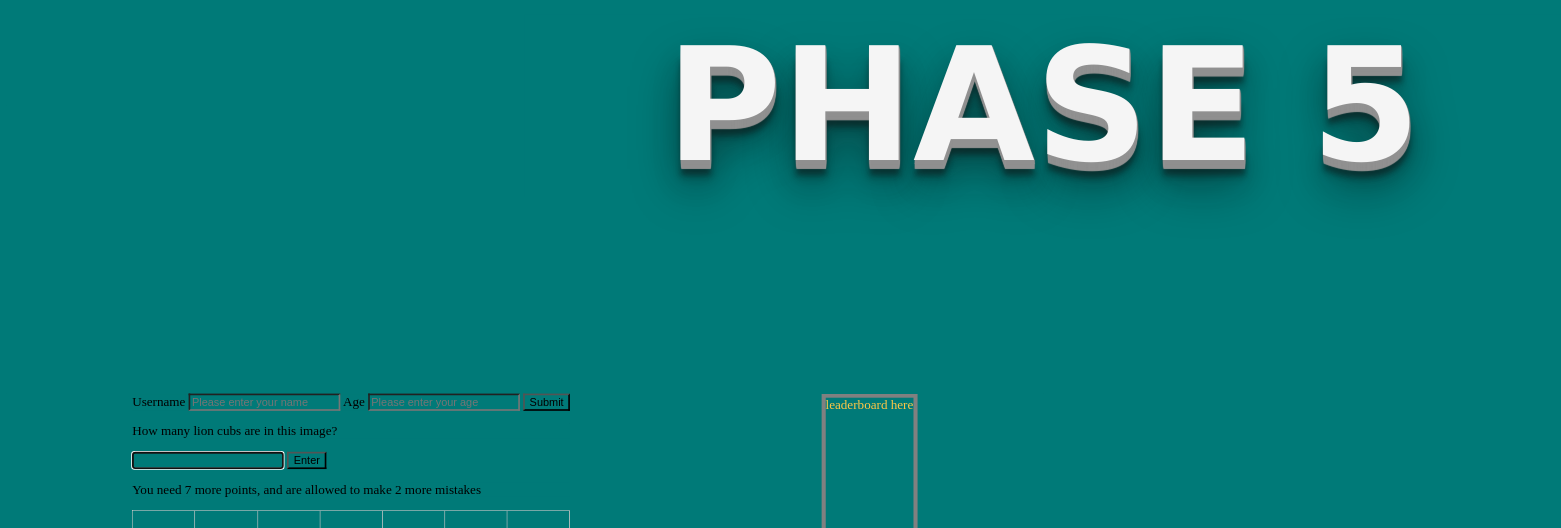
Repository: Ricka001/phase-5
Page: client/index.html
These files come from the project's save history. The page is drawn as it stood at one moment and after the next save; the edit follows.
The browser window is 1280 px wide. The page is 1904 px wide, so the pictures cover 1904 px, including what lies to the right of the window. The pictures show the part of the page from y = 0 to 644 px (the page is 3150 px tall), at 82% of full size.

Above is the page before, as saved 2024-09-26 12:57:14.

### client/index.html
<!DOCTYPE html>
<html lang="en">

<head>
  <meta charset="UTF-8" />
  <!-- <link rel="icon" type="image/svg+xml" href="/vite.svg" /> -->
  <meta name="viewport" content="width=device-width, initial-scale=1.0" />
  <script type="module" src="./app.js" defer></script>
  <link rel="stylesheet" href="./style.css" />
  <title>Phase 5</title>
</head>

<body>
  <h1>Phase 5</h1>
  <div class="rows-one">
    <div class="columns-one">
      <form id="form">
        <div id="user-details">
          <label for="username">Username</label>
          <input type="text" name="username" id="username" placeholder="Please enter your name" required />
          <label for="age">Age</label>
          <input type="number" name="age" id="age" placeholder="Please enter your age" required />
          <button type="submit">Submit</button>
        </div>
      </form>



      <div id="question-container">
        <p class="problem"></p>
        <form id="answer-form">
          <input type="text" class="answer-field" autocomplete="off" />
          <button type="submit">Enter</button>
        </form>
        <p>
          You need <span class="points-needed">7</span> more points, and are
          allowed to make <span class="mistakes-allowed">2</span> more mistakes
        </p>
        <div class="progress">
          <div class="boxes">
            <div class="box"></div>
            <div class="box"></div>
            <div class="box"></div>
            <div class="box"></div>
            <div class="box"></div>
            <div class="box"></div>
            <div class="box"></div>
          </div>
          <div class="progress-inner"></div>
        </div>
      </div>
    </div>
    <div id="leaderboard">leaderboard here</div>
  </div>
  <div id="image-container">
    <img src="./images/Lions.jpg" alt="Lions" id="image" width="1000" height="1000" />
  </div>

  <div class="audio-row">
    <div class="audio-column">
      <audio src="./audio/Chicken.mp3" class="audio" width="100%" controls></audio>
    </div>
    <div class="audio-column">
      <audio src="./audio/Cow.mp3" class="audio" width="100%" controls></audio>
    </div>
    <div class="audio-column">
      <audio src="./audio/Dog.mp3" class="audio" width="100%" controls></audio>
    </div>

    <div class="dropzone-row">
      <div class="dropzone-column" class="drop-zone" id="chicken-drop-zone" width="300px" height="300px"></div>

      <div class="dropzone-column" id="cow-drop-zone" id="cow-drop" width="300px" height="300px"></div>

      <div class="dropzone-column" id="dog-drop-zone" id="dog-drop-zone" width="300px" height="300px"></div>
    </div>

    <div class="container">
      <div class="container-column" id="dog-card" draggable="true">
        <img src="./images/Dog.jpg" alt="Dog" width="300px" height="300px" />
      </div>
    </div>

    <div class="container-column" id="chicken-card" draggable="true">
      <img src="./images/Chicken.jpg" alt="Chicken" width="300px" height="300px" />
    </div>

    <div class="container-column" id="cow-card" draggable="true">
      <img src="./images/Cow.jpg" alt="Cow" width="300px" height="300px" />
    </div>

    <!-- <div class="finished-container">
            </div>
<!--on console there is reference error: openPopup not defined at onclickon html for the below code-->
    <!-- <div class="finished-container">
            <button type="submit" class="drag-button" onclick="openPopup()"> Finished </button>
            <div class="popup" id="popup">
                <h2> Congratulation  Your Correct!!!</h2>
                <button type="button" onclick="closePopup()">OK</button>
            </div>
            </div>     -->
  </div>

  <!-- ====================== -->

  <div class="overlay">
    <div class="overlay-inner">
      <p class="end-message"></p>
      <button class="reset-button">Start Over</button>
    </div>
  </div>
</body>
<footer>Created by Anthony, Kat, Khadija & Serdrick</footer>

</html>

### client/app.js
const form = document.getElementById("form");
const problemElement = document.querySelector(".problem");
const questionForm = document.getElementById("answer-form");
const questionField = document.querySelector(".answer-field");
const pointsNeeded = document.querySelector(".points-needed");
const mistakesAllowed = document.querySelector(".mistakes-allowed");
const imageTag = document.getElementById("image");
const progressBar = document.querySelector(".progress-inner");
const endMessage = document.querySelector(".end-message");
const resetButton = document.querySelector(".reset-button");
let username = localStorage.getItem("username");
let age = localStorage.getItem("age");
let score = localStorage.getItem("gameScore");

console.log("Test");

document.getElementById("form").addEventListener("submit", async (e) => {
  e.preventDefault();
  const formData = new FormData(form);
  const formValues = Object.fromEntries(formData);
  const stringifiedForm = JSON.stringify(formValues);
  console.log(stringifiedForm);
  localStorage.setItem("username", formValues.username);
  localStorage.setItem("age", formValues.age);
});

let gameData = {
  score: 0,
  wrongAnswers: 0,
  currentProblem: 0,
};

let questionArray = [
  "How many lion cubs are in this image?",
  "How many rabbits are in this image?",
  "How many cats are in this image?",
  "How many meerkats are in this image?",
  "How many penguins are there in this image?",
  "How many zebras are in this image?",
  "How many butterflies are in this image?",
];

let answers = [6, 6, 8, 13, 12, 18, 8];

const images = [
  "images/Lions.jpg",
  "images/Rabbits.jpg",
  "images/Cats.jpg",
  "images/Meerkats.jpg",
  "images/Penguin.jpg",
  "images/Zebras.jpg",
  "images/Butterflies.jpg",
];

function updateProblem() {
  problemElement.textContent = questionArray[gameData.currentProblem];
  imageTag.src = images[gameData.currentProblem];
  questionField.value = "";
  questionField.focus();
}

updateProblem();

questionForm.addEventListener("submit", handleSubmit);

function handleSubmit(event) {
  event.preventDefault();

  const userAnswer = parseInt(questionField.value, 10); // Convert answer to a number
  const correctAnswer = answers[gameData.currentProblem];

  const stringifiedData = JSON.stringify(gameData.score);

  if (userAnswer === correctAnswer) {
    gameData.score++;
    pointsNeeded.textContent = 7 - gameData.score;
    renderProgressBar();
    // Go to the next problem
    gameData.currentProblem =
      (gameData.currentProblem + 1) % questionArray.length;
    updateProblem();
    localStorage.setItem("gameScore", stringifiedData);
  } else {
    gameData.wrongAnswers++;
    mistakesAllowed.textContent = 2 - gameData.wrongAnswers;
    questionField.value = "";
    questionField.focus();
  }
  checkLogic();
}

function checkLogic() {
  if (gameData.score === 7) {
    endMessage.textContent = "Congrats! You won.";
    document.body.classList.add("overlay-is-open");
  }

  //amend the above to if the score = 3, then scroll to next level, then:
  // if (state.score === 6) {
  //   alert("Congrats! You won.");
  //   resetGame();
  // }

  if (gameData.wrongAnswers === 3) {
    endMessage.textContent = "Sorry, you lost.";
    document.body.classList.add("overlay-is-open");
  }
}
resetButton.addEventListener("click", resetGame);

function resetGame() {
  completedData();
  document.body.classList.remove("overlay-is-open");
  gameData.currentProblem = 0;
  gameData.score = 0;
  gameData.wrongAnswers = 0;
  pointsNeeded.textContent = 7;
  mistakesAllowed.textContent = 2;
  updateProblem();
  renderProgressBar();
  localStorage.clear();
}

function renderProgressBar() {
  progressBar.style.transform = `scaleX(${gameData.score / 7})`;
}

async function completedData() {
  let username = localStorage.getItem("username");
  let age = localStorage.getItem("age");
  let score = localStorage.getItem("gameScore");

  try {
    console.log(username);
    const res = await fetch("http://localhost:8080/get-user-data", {
      method: "POST",
      headers: { "Content-Type": "application/json" },
      body: JSON.stringify({ username, age, score }),
    });
    if (!res.ok) {
      throw new Error("Network response failed!");
    }
  } catch (error) {
    console.error("problem with fetch", error);
  }
}

async function renderLeaderboard() {
  const res = await fetch("http://localhost:8080/phase");
  const boardScores = await res.json();
  boardScores.forEach((phase) => {
    const scoreElement = document.createElement("div");
    scoreElement.classList.add("boardScore");

    const nameElement = document.createElement("h3");
    nameElement.textContent = phase.user_name;

    const ageElement = document.createElement("p");
    ageElement.textContent = `Age: ${phase.age}`;

    scoreElement = document.createElement("p");
    scoreElement.textContent = `Score: ${phase.game_score}`;

    scoreElement.appendChild(nameElement);
    scoreElement.appendChild(ageElement);
    scoreElement.appendChild(scoreElement);
  });
}

//=================

const chickenCard = document.getElementById("chicken-card");
const chickendropZone = document.getElementById("chicken-drop-zone");
chickenCard.addEventListener("dragstart", function (event) {
  console.log(event);
});
chickendropZone.addEventListener("dragover", function (event) {
  event.preventDefault();
});
chickendropZone.addEventListener("drop", function (event) {
  chickendropZone.appendChild(chickenCard);
});

// ===============

const cowCard = document.getElementById("cow-card");
const cowdropZone = document.getElementById("cow-drop-zone");
cowCard.addEventListener("dragstart", function (event) {
  console.log(event);
});
cowdropZone.addEventListener("dragover", function (event) {
  event.preventDefault();
});
cowdropZone.addEventListener("drop", function (event) {
  cowdropZone.appendChild(cowCard);
});

// ==============

const dogCard = document.getElementById("dog-card");
const dogdropZone = document.getElementById("dog-drop-zone");
dogCard.addEventListener("dragstart", function (event) {
  console.log(event);
});
dogdropZone.addEventListener("dragover", function (event) {
  event.preventDefault();
});
dogdropZone.addEventListener("drop", function (event) {
  dogdropZone.appendChild(dogCard);
});

//====================

let popup = document.getElementById("popup");

function openPopup() {
  popup.classList.add("open-popup");
}

function closePopup() {
  popup.classList.remove("open-popup");
}

### client/style.css
/* Primary color #007A78; */
/* Secondary color  */
/* third color gray */

* {
  background-color: #007a78;
}
h1 {
  display: flex;
  justify-content: center;

  transform: translate(50%, -50%);
  text-transform: uppercase;
  font-family: verdana;
  font-size: 12em;
  font-weight: 700;
  color: #f5f5f5;
  text-shadow: 1px 1px 1px #919191, 1px 2px 1px #919191, 1px 3px 1px #919191,
    1px 4px 1px #919191, 1px 5px 1px #919191, 1px 6px 1px #919191,
    1px 7px 1px #919191, 1px 8px 1px #919191, 1px 9px 1px #919191,
    1px 10px 1px #919191, 1px 18px 6px rgba(16, 16, 16, 0.4),
    1px 22px 10px rgba(16, 16, 16, 0.2), 1px 25px 35px rgba(16, 16, 16, 0.2),
    1px 30px 60px rgba(16, 16, 16, 0.4);
}

#image-container {
  display: flex;
  justify-content: center;
  align-content: center;
  padding-top: 10px;
}

.rows-one {
  display: flex;
  justify-content: space-around;
}

#leaderboard {
  border: gray solid 5px;
  color: #ffc745;
}

#image {
  margin-bottom: 2em;
}

.audio {
  margin-bottom: 4em;
}

.boxes {
  display: flex;
  width: 100%;
}

.box {
  height: 40px;
  border-right: 1px solid #c7c7c7;
  flex: 1;
}
.progress {
  border: 1px solid #c7c7c7;
  border-right: none;
  position: relative;
}

.progress-inner {
  position: absolute;
  top: 0;
  bottom: 0;
  width: 100%;
  background-color: rgb(79, 208, 79);
  opacity: 0.57;
  transform: scaleX(0);
  transform-origin: center left;
  transition: transform 0.4s ease-out;
}

/*============*/
.audio-column {
  float: left;
  width: 33.3%;
}

.audio-row::after {
  content: "";
  display: table;
  clear: both;
}

#chicken-drop-zone {
  width: 300px;
  height: 300px;
  margin-left: 200px;
  margin-top: 3em;
  background-color: aliceblue;
  border: dotted;
  columns: 3 auto;
}

#cow-drop-zone {
  width: 300px;
  height: 300px;
  margin-left: 200px;
  margin-top: 3em;
  background-color: aliceblue;
  border: dotted;
  columns: 3 auto;
}

#dog-drop-zone {
  width: 300px;
  height: 300px;
  margin-left: 200px;
  margin-top: 3em;
  background-color: aliceblue;
  border: dotted;
  columns: 3 auto;
}

* {
  box-sizing: border-box;
}

.dropzone-column {
  float: left;
  width: 33.3%;
}

.dropzone-row::after {
  content: "";
  display: table;
  clear: both;
}
.container {
  float: left;
  width: 33.3%;
}

.container {
  float: left;
  width: 33.3%;
}

#chicken-card {
  width: 300px;
  height: 300px;

  position: relative;
  flex-direction: row;
}

#dog-card {
  width: 300px;
  height: 300px;
  align-items: right;
  grid-row: 3 auto;

  position: relative;
  flex-direction: row;
}

#cow-card {
  width: 300px;
  height: 300px;
  position: relative;
  flex-direction: row;
}

.popup {
  width: 400px;
  background: #fff;
  border-radius: 6px;
  position: relative;
  top: 50%;
  left: 50%;
  align-items: center;
  transform: translate(-50%, -50%);
  visibility: hidden;
}
.open-popup {
  visibility: visible;
  top: 50%;
}

.popup h2 {
  font-size: 38px;
  font-weight: bold;
  padding: 10px;
}

/* =========== */

.overlay {
  position: fixed;
  top: 0;
  bottom: 0;
  left: 0;
  right: 0;
  background-color: rgba(255, 255, 255, 0.82);
  display: flex;
  justify-content: center;
  align-items: center;
  opacity: 0;
  visibility: hidden;
  transition: all 0.33 ease-out;
}

body.overlay-is-open .overlay {
  opacity: 1;
  visibility: visible;
}

body.overlay-is-open .question-container {
  filter: blur(5px);
}

After the next save:
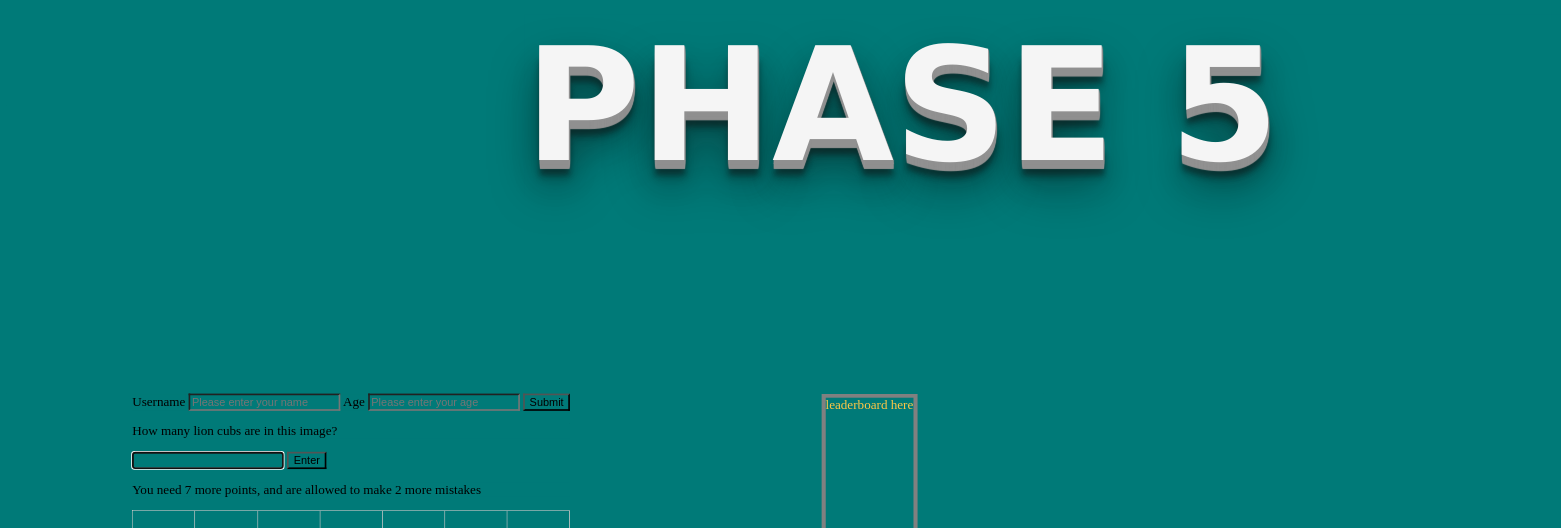
Saved 17 s later.
--- a/client/style.css
+++ b/client/style.css
@@ -7,7 +7,7 @@
 }
 h1 {
   display: flex;
-  justify-content: center;
+  justify-content: left;
 
   transform: translate(50%, -50%);
   text-transform: uppercase;

After the 4 saves that followed:
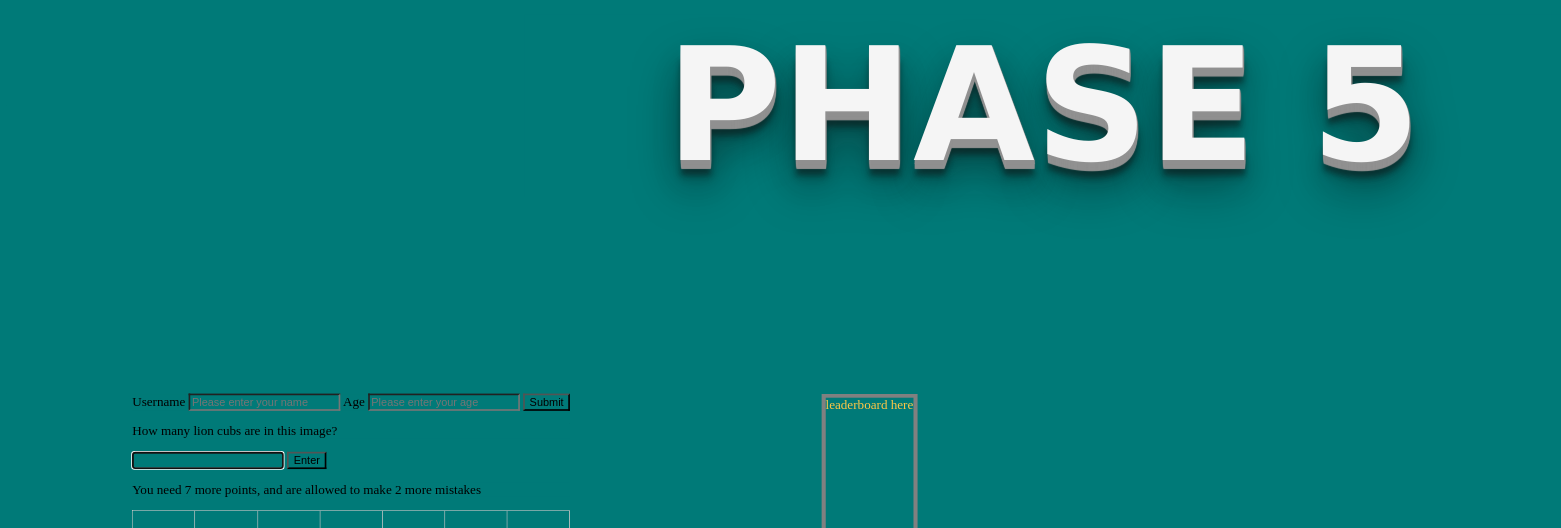
The 4 saves are shown as one change because 3 left the picture as it was.
The last was saved 44 s later.
--- a/client/style.css
+++ b/client/style.css
@@ -7,8 +7,8 @@
 }
 h1 {
   display: flex;
-  justify-content: left;
-
+  justify-content: center;
+  align-items: center;
   transform: translate(50%, -50%);
   text-transform: uppercase;
   font-family: verdana;
